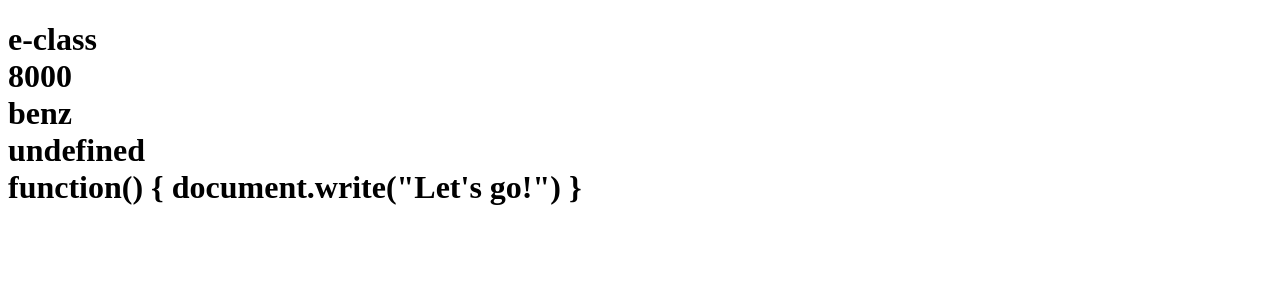
Repository: Dalso13/workspace
Page: workspace_web/chapter03_javascript/WebContent/06_객체/Ex02_객체.html
An editor plug-in stored every save of this project. The page is shown before and after the next save, followed by the edit.
The browser window is 1280 px wide. The pictures show the whole page.

Above is the page before, as saved 2023-05-11 03:46:58.

### workspace_web/chapter03_javascript/WebContent/06_객체/Ex02_객체.html
<!DOCTYPE html>
<html>
<head>
<meta charset="UTF-8">
<title>Insert title here</title>
<script type="text/javascript">
	var car = {
		model : "e-class",
		price : 8000,
		company : {			// 중괄호는 객체! 객체 안에 객체가 잇는 형태!
			name : "benz",
			logo : "triangle"
		},
		tries : ["frontLeft", "frontRight", "backtLeft" , "backtRight"],
		drive : function() {
			document.write("Let's go!")
		}
	};

	// 2. 객체 출력
	document.write("<h1>");
	document.write(car.model + "<br>");

	document.write(car.price + "<br>");
	document.write((car.company).name + "<br>");
	document.write(car.tires + "<br>");
	document.write(car.drive + "<br>");
	document.write("</h1>");

</script>
</head>
<body>

</body>
</html>

After the next save:
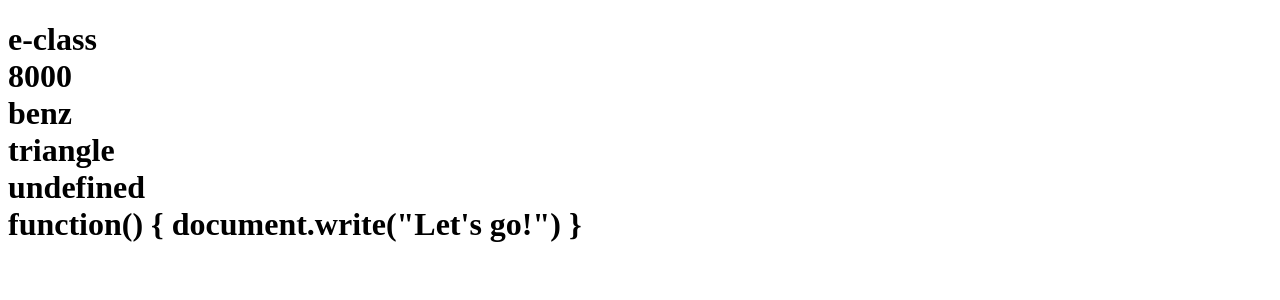
Saved 10 s later.
--- a/workspace_web/chapter03_javascript/WebContent/06_객체/Ex02_객체.html
+++ b/workspace_web/chapter03_javascript/WebContent/06_객체/Ex02_객체.html
@@ -23,6 +23,7 @@
 
 	document.write(car.price + "<br>");
 	document.write((car.company).name + "<br>");
+	document.write((car.company).logo + "<br>");
 	document.write(car.tires + "<br>");
 	document.write(car.drive + "<br>");
 	document.write("</h1>");
